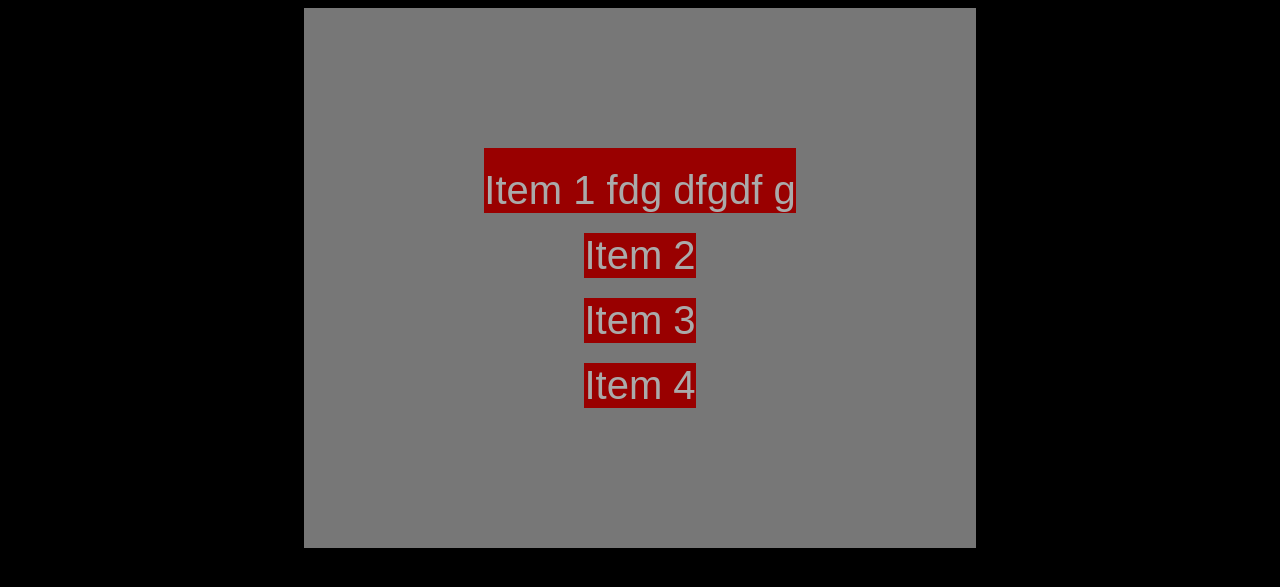
Repository: vitorgiovane/origamid-flexblog
Page: index.html
These files come from the project's save history. The page is drawn as it stood at one moment and after the next save; the edit follows.
The browser window is 1280 px wide. The pictures show the whole page.

Above is the page before, as saved 2019-02-24 22:03:17.

After the next save:
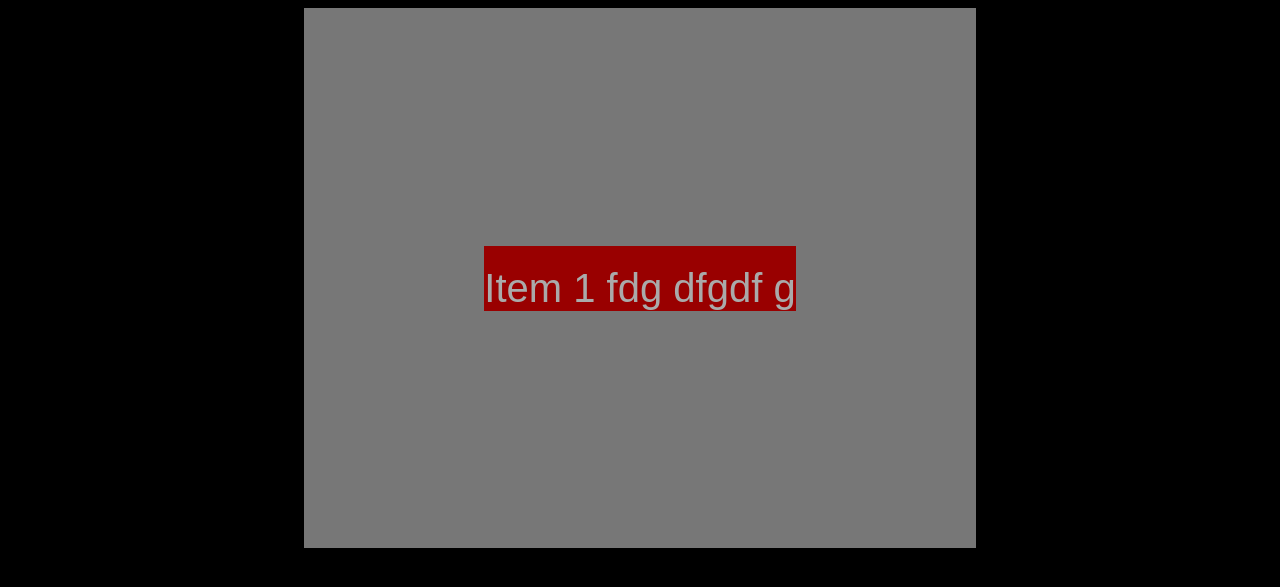
Saved 2 min 29 s later.
--- a/index.html
+++ b/index.html
@@ -10,9 +10,9 @@
 <body>
   <div class="container">
     <div class="item" style="padding-top:20px;">Item 1 fdg dfgdf g</div>
-    <div class="item">Item 2</div>
+    <!-- <div class="item">Item 2</div>
     <div class="item">Item 3</div>
-    <div class="item">Item 4</div>
+    <div class="item">Item 4</div> -->
     <!-- <div class="item">Item 5</div>
     <div class="item">Item 6 sd dfsdf sf</div>
     <div class="item">Item 7</div>
